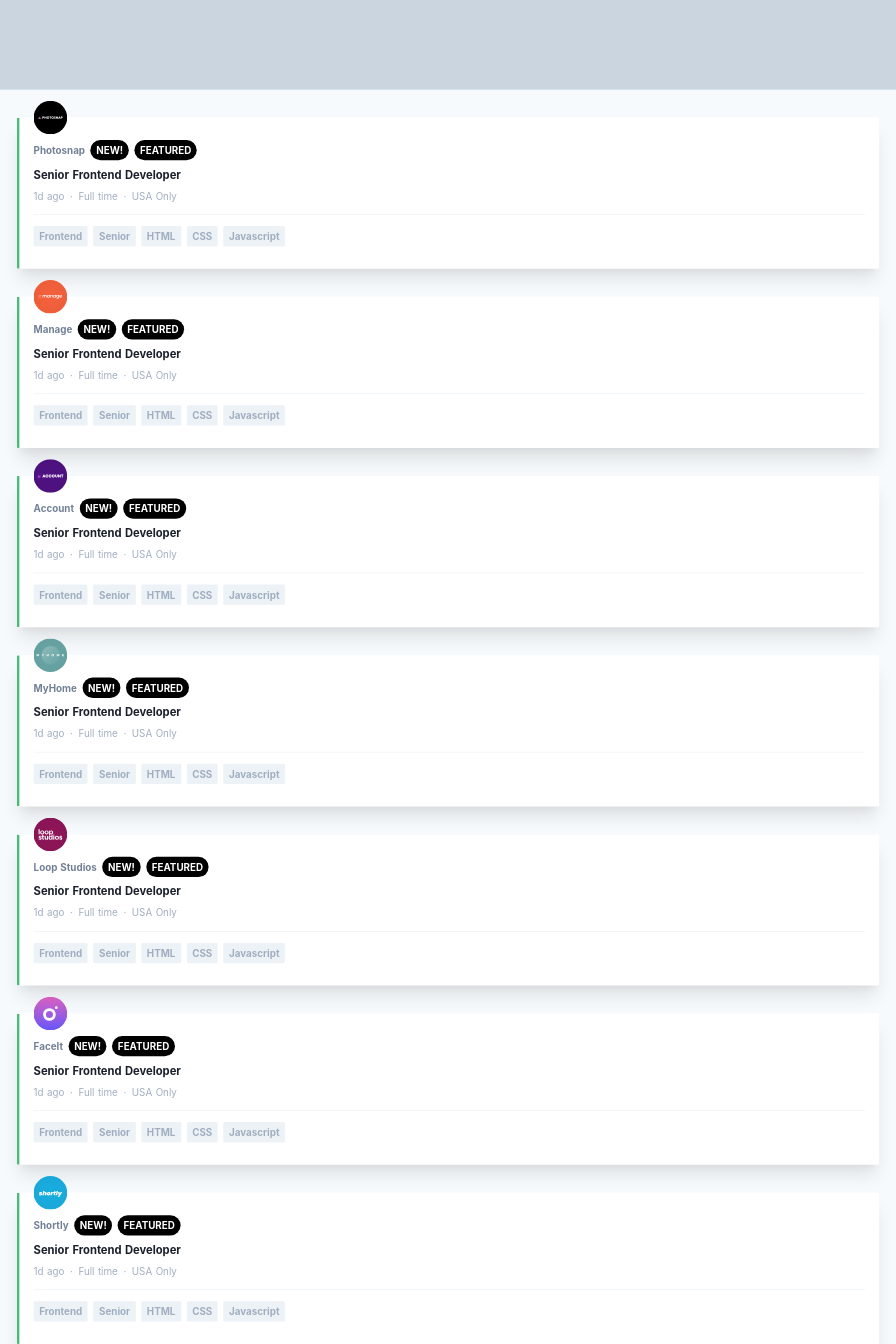
Repository: asongdon/frontendmentor-joblisting
Page: /
An editor plug-in stored every save of this project. The page is shown before and after the next save, followed by the edit.
The browser window is 1280 px wide. The pictures show the part of the page from y = 0 to 1920 px (the page is 2688 px tall before and 2658 px after), at 70% of full size.
The project was rebuilt for these pictures with package versions that can differ from the ones it lists, and the page was loaded fresh each time. The framework's server and built-in components were replaced by stand-ins that run in the browser. Also part of the build but not shown: nuxt.config.js.

Above is the page before, as saved 2020-04-12 21:28:42.

After the next save:
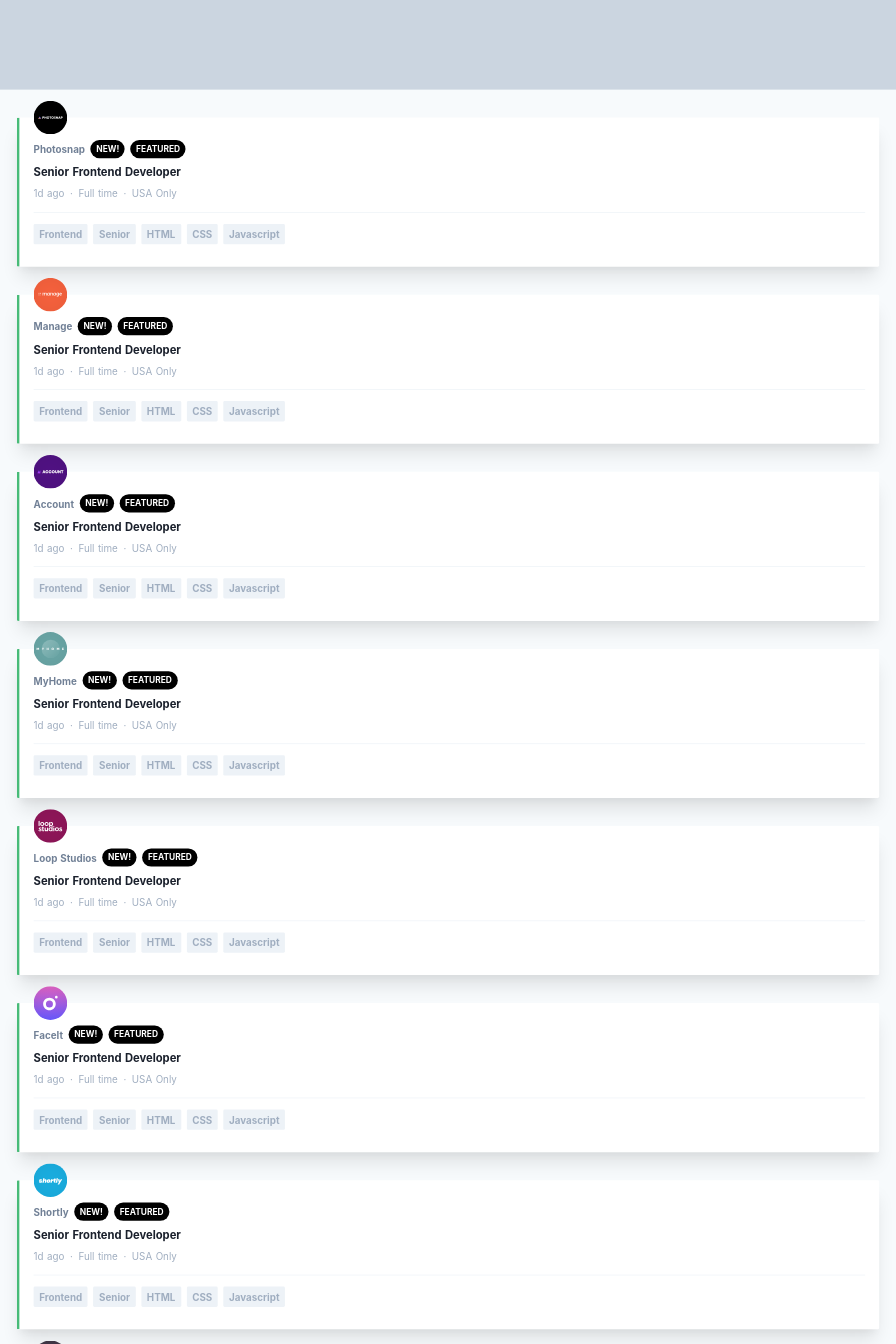
Saved 4 s later.
--- a/components/Maincard.vue
+++ b/components/Maincard.vue
@@ -8,7 +8,7 @@
 
     <div class="flex items-center">
       <div class="text-sm font-bold text-gray-600">{{company}}</div>
-      <div class="flex text-sm font-bold">
+      <div class="flex text-xs font-bold">
         <div class="bg-black text-white rounded-full px-2 py-1 uppercase ml-2">
           New!
         </div>
